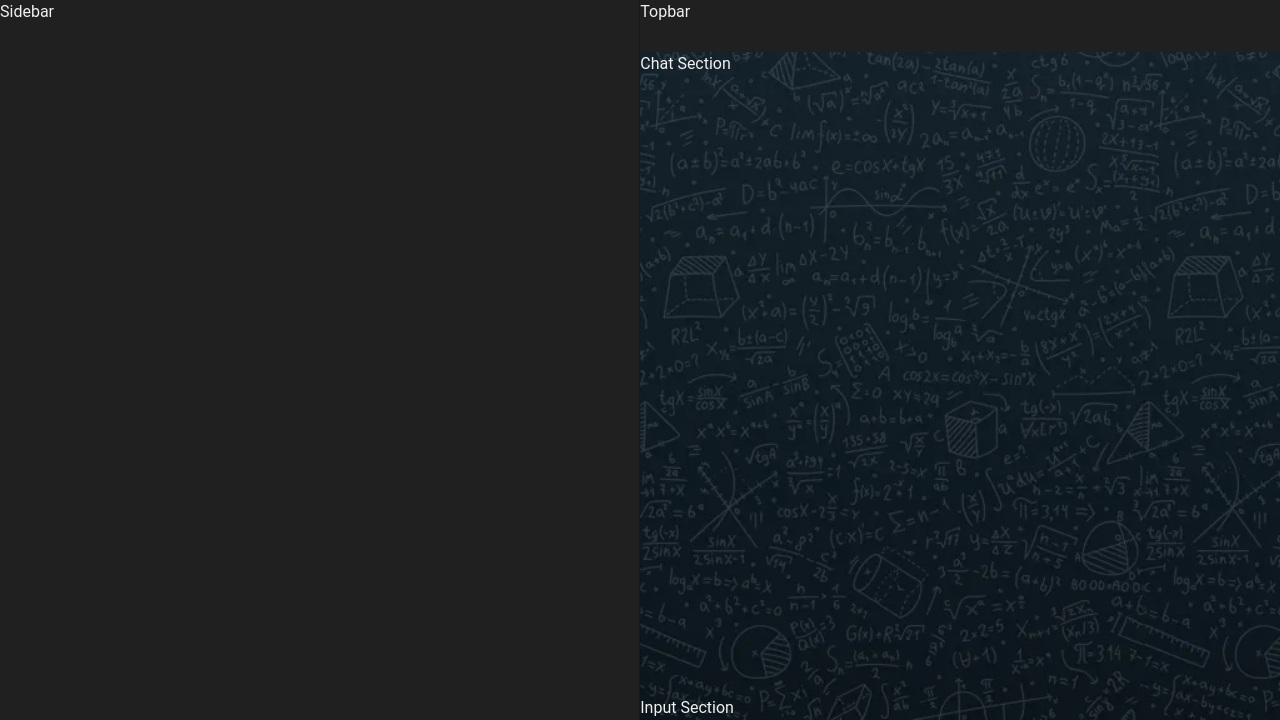
Repository: Qu4ntumGuy/telegram-clone
Page: /
The author's editor kept a copy of each file at every save. The page is drawn from the files as they stood at one save, then again after the next save.
The browser window is 1280 px wide. The pictures show the whole page.
The project was rebuilt for these pictures with package versions that can differ from the ones it lists, and the page was loaded fresh each time. Also part of the build but not shown: src/Utils/ContextProvider.js, src/Pages/ChatPage.js/ChatPage.js.

Above is the page before, as saved 2024-07-15 11:54:18.

After the next save:
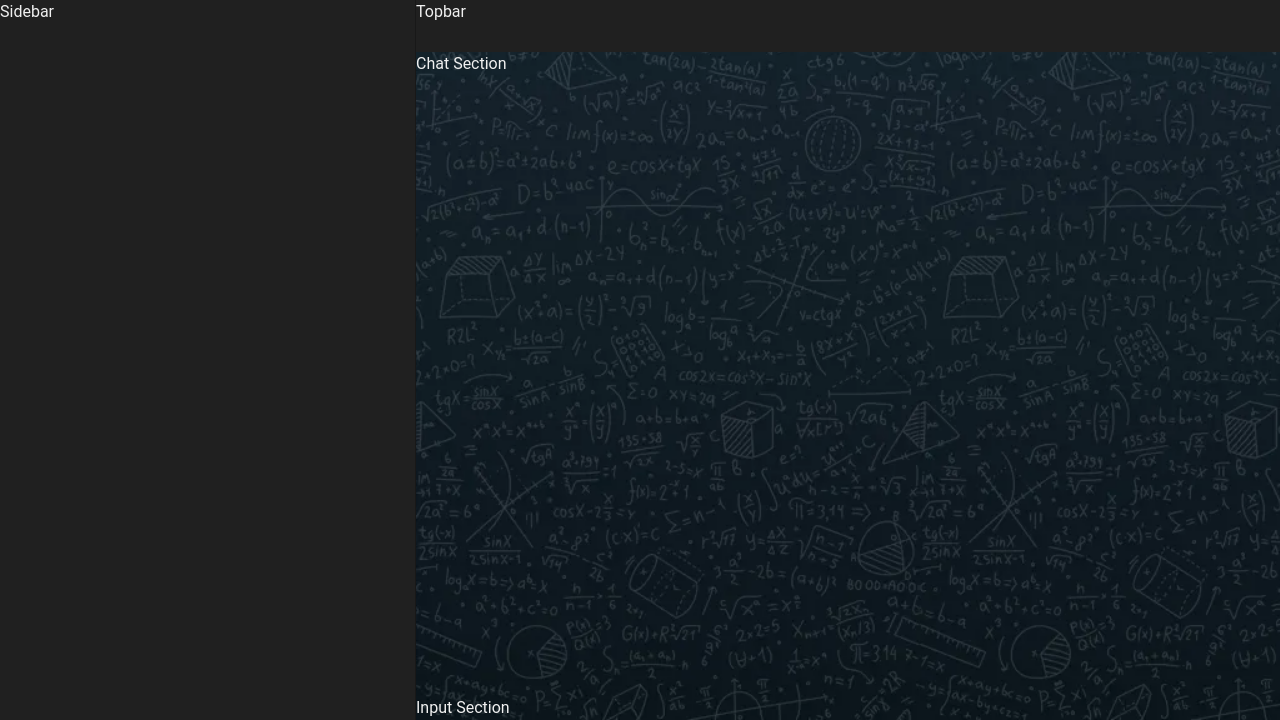
Saved 86 s later.
--- a/src/Components/Sidebar.js
+++ b/src/Components/Sidebar.js
@@ -4,7 +4,7 @@ import { useComponentContext } from "../Utils/ContextProvider";
 function Sidebar() {
   const context = useComponentContext();
   return (
-    <div className="w-full md:min-w-[26rem] bg-[#202020] border-r border-[#181818] h-screen">
+    <div className="w-full md:max-w-[26rem] bg-[#202020] border-r border-[#181818] h-screen">
       Sidebar
     </div>
   );
